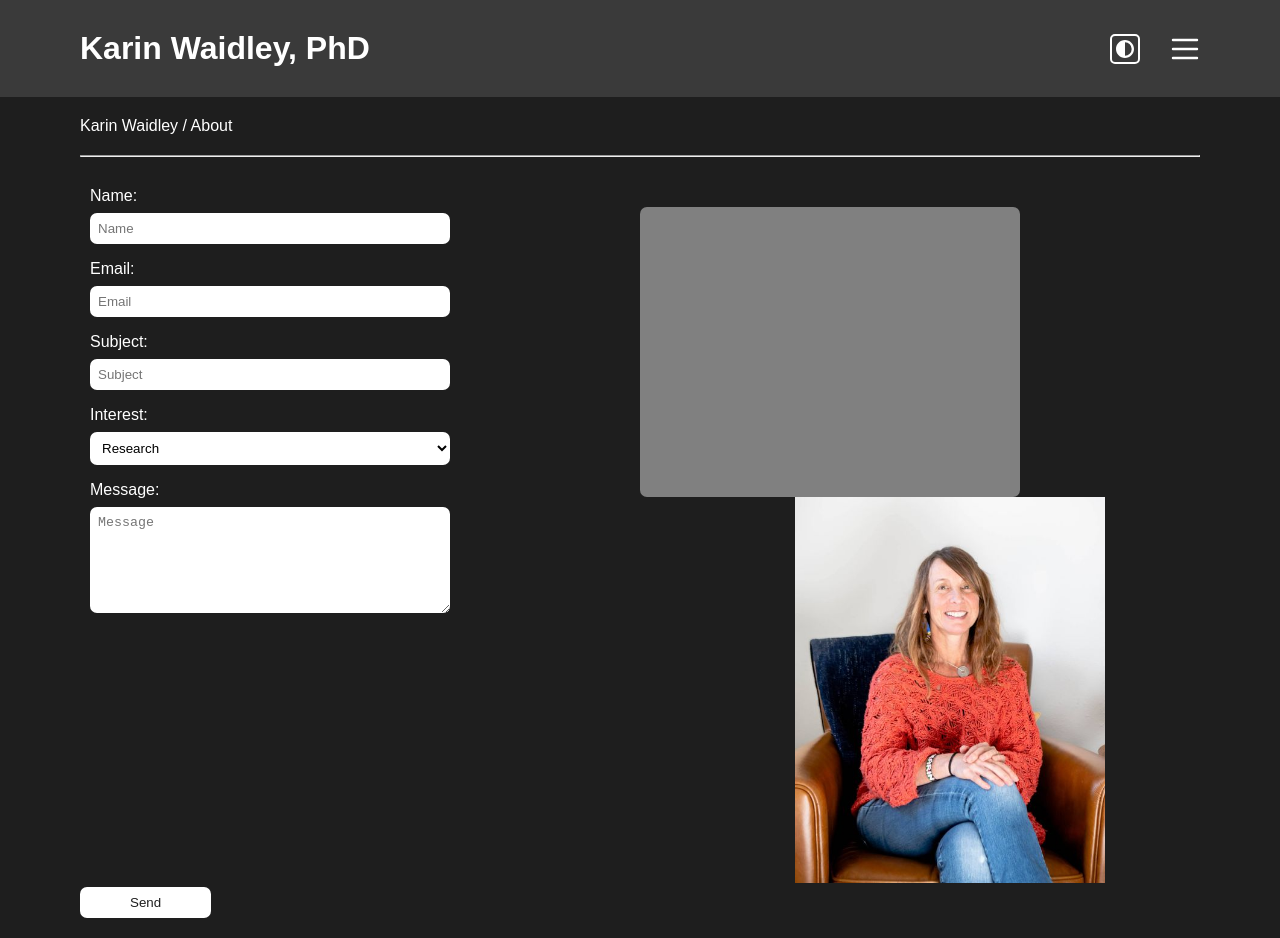
Repository: Ceasor7/Karin
Page: contact.html
These files come from the project's save history. The page is drawn as it stood at one moment and after the next save; the edit follows.
The browser window is 1280 px wide. The pictures show the whole page.

Above is the page before, as saved 2023-12-14 17:19:20.

After the next save:
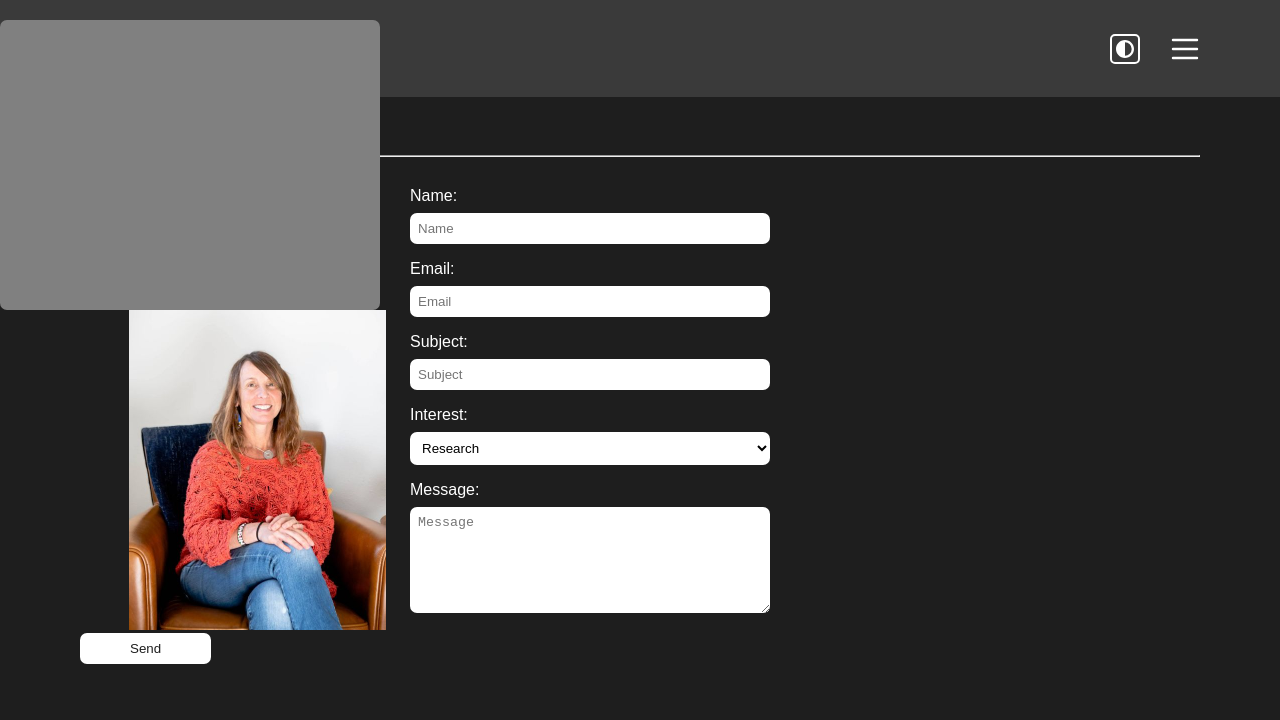
Saved 39 s later.
--- a/contact.html
+++ b/contact.html
@@ -134,6 +134,10 @@
         .image-section {
             text-align: center;
             margin-top: 20px;
+            position: absolute;
+            top: 0;
+            left: 0;
+            z-index: 2;
         }
 
         .image-section img {
